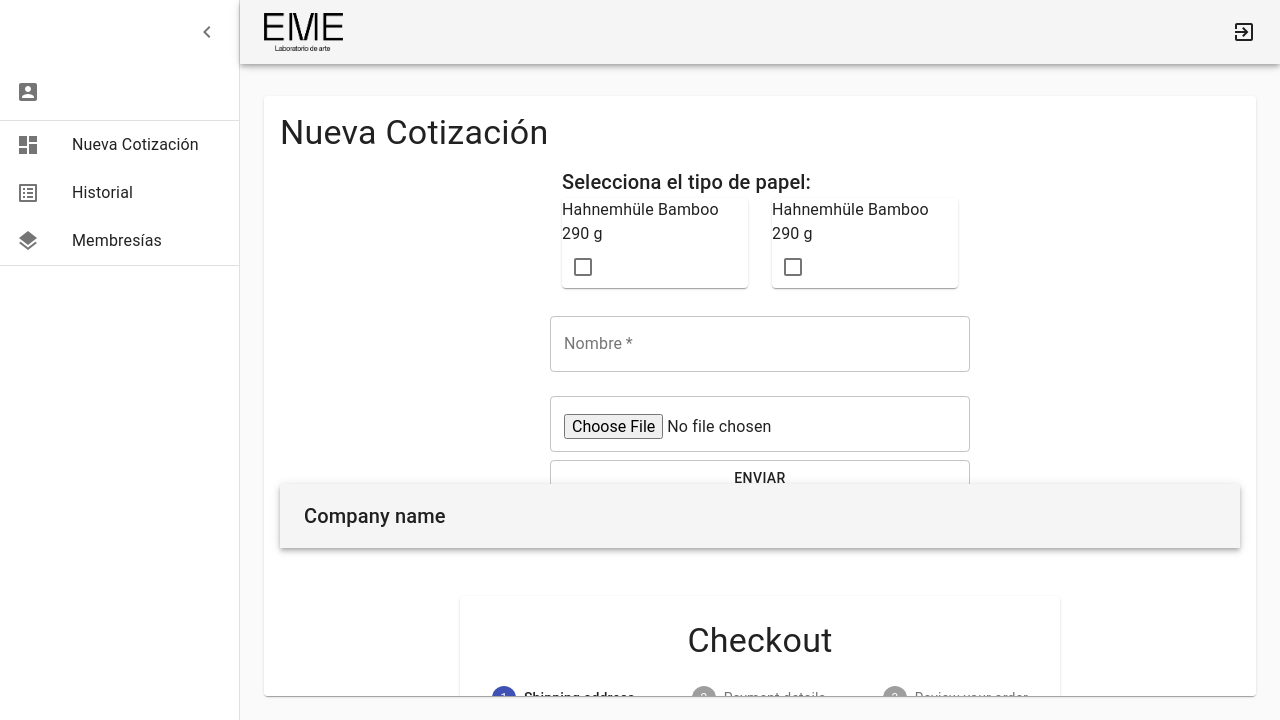
Repository: BrendaCarranco/eme-lab
Page: /Trabajo
These files come from the project's save history. The page is drawn as it stood at one moment and after the next save; the edit follows.
The browser window is 1280 px wide. The pictures show the whole page.
An inner scrolling area shows only its first screen. Some web libraries are served in a nearby version. The project was rebuilt for these pictures with package versions that can differ from the ones it lists, and the page was loaded fresh each time. Also part of the build but not shown: src/components/buildingPage/Building.js, src/temaConfig.js, src/components/buildingPage/Landing.js, src/components/login/Reset.js, src/components/Dashboard/Historial.js, src/components/Dashboard/Membresias.js, src/components/Dashboard/SizeForm.js, src/components/Dashboard/Review.js and 6 more.

Above is the page before, as saved 2020-08-30 19:31:27.

### public/index.html
<!DOCTYPE html>
<html lang="en">

<head>
  <meta charset="utf-8" />

  <meta name="viewport" content="width=device-width, initial-scale=1" />
  <meta name="theme-color" content="#000000" />
  <meta name="description" content="Web site created using create-react-app" />
  <link rel="icon" type="image/png" href="/eme-icon.png">


  </style>

  <!--
      manifest.json provides metadata used when your web app is installed on a
      user's mobile device or desktop. See https://developers.google.com/web/fundamentals/web-app-manifest/
    -->
  <link rel="manifest" href="%PUBLIC_URL%/manifest.json" />
  <!-- CSS only -->
  <link rel="stylesheet" href="https://stackpath.bootstrapcdn.com/bootstrap/4.5.2/css/bootstrap.min.css"
    integrity="sha384-JcKb8q3iqJ61gNV9KGb8thSsNjpSL0n8PARn9HuZOnIxN0hoP+VmmDGMN5t9UJ0Z" crossorigin="anonymous">

  <!--
      Notice the use of %PUBLIC_URL% in the tags above.
      It will be replaced with the URL of the `public` folder during the build.
      Only files inside the `public` folder can be referenced from the HTML.

      Unlike "/favicon.ico" or "favicon.ico", "%PUBLIC_URL%/favicon.ico" will
      work correctly both with client-side routing and a non-root public URL.
      Learn how to configure a non-root public URL by running `npm run build`.
    -->
  <title>EME Laboratorio de arte</title>
</head>

<body>
  <noscript>You need to enable JavaScript to run this app.</noscript>
  <div id="root"></div>
  <!--
      This HTML file is a template.
      If you open it directly in the browser, you will see an empty page.

      You can add webfonts, meta tags, or analytics to this file.
      The build step will place the bundled scripts into the <body> tag.

      To begin the development, run `npm start` or `yarn start`.
      To create a production bundle, use `npm run build` or `yarn build`.
    -->
  <!-- Compiled and minified JavaScript -->

  <script src="https://code.jquery.com/jquery-3.2.1.slim.min.js"
    integrity="sha384-KJ3o2DKtIkvYIK3UENzmM7KCkRr/rE9/Qpg6aAZGJwFDMVNA/GpGFF93hXpG5KkN"
    crossorigin="anonymous"></script>
  <script src="https://cdnjs.cloudflare.com/ajax/libs/popper.js/1.12.9/umd/popper.min.js"
    integrity="sha384-ApNbgh9B+Y1QKtv3Rn7W3mgPxhU9K/ScQsAP7hUibX39j7fakFPskvXusvfa0b4Q"
    crossorigin="anonymous"></script>
  <script src="https://maxcdn.bootstrapcdn.com/bootstrap/4.0.0/js/bootstrap.min.js"
    integrity="sha384-JZR6Spejh4U02d8jOt6vLEHfe/JQGiRRSQQxSfFWpi1MquVdAyjUar5+76PVCmYl"
    crossorigin="anonymous"></script>
</body>

</html>

### src/App.js
import React, { useEffect, useState, useContext } from 'react';
import { BrowserRouter, Switch, Route } from 'react-router-dom';
import { firebase } from './firebase';
import Building from './components/buildingPage/Building';
import Landing from './components/buildingPage/Landing';
import Reset from './components/login/Reset';
import Dashboard from './components/Dashboard/Dashboard';
import SignInSide from './components/login/SignInSide';
import Admin from './components/admin/Admin';

import { UserContext } from './context/UserProvider';
import NoMember from './components/Dashboard/NoMember';

function App() {

  const [firebaseUser, setFirebaseUser] = useState(null);
  const [fbName, setFbName] = useState('');
  const [fbMail, setFbMail] = useState('');
  const [usersFiles, setUsersFiles] = useState([]);


  const { userProvider } = useContext(UserContext);


  //Observador
  useEffect(() => {
    firebase.auth().onAuthStateChanged(user => {
      console.log(user);
      if (user) {
        setFbName(user.displayName);
        setFbMail(user.email);
        setFirebaseUser(user);
      } else {
        setFirebaseUser(null);
        return;
      }
    });
  }, [firebaseUser]);

  return (
    <BrowserRouter>
      <Switch>
        <Route exact path='/'>
          <Landing />
        </Route>
        {/*
        <Route path='/admin'>
          <Admin usersFiles={usersFiles} />
        </Route> */}

        <Route path='/dashboard'>

          {
            userProvider.role === 'Admin' && <Admin usersFiles={usersFiles} />
          }
          {
            userProvider.role === 'Miembro' && <Dashboard firebaseUser={firebaseUser} setUsersFiles={setUsersFiles} usersFiles={usersFiles} fbMail={fbMail} />
          }
          {
            userProvider.role === 'Invitado' && <NoMember />
          }



        </Route>

        <Route path='/signin'>
          <SignInSide />
        </Route>

        <Route path='/Admin'>
          <Admin />
        </Route>

        <Route path='/Trabajo'>
          <Dashboard />
        </Route>



      </Switch>
    </BrowserRouter>
  );
}

export default App;

### src/context/UserProvider.js
import React, { createContext, useEffect } from 'react';
import { useState } from 'react';
import { firebase } from '../firebase';

export const UserContext = createContext();

const UserProvider = (props) => {

    const dataInitialUser = {
        email: null,
        uid: null,
        role: 'Invitado',
        displayName: null
    };

    const [userProvider, setUserProvider] = useState(dataInitialUser);


    useEffect(() => {
        detectUser();
    }, []);

    const detectUser = () => {
        firebase.auth().onAuthStateChanged(user => {
            if (user) {
                console.log(user, 'user provider');
                user.getIdTokenResult()
                    .then(idTokenResult => {
                        console.log(idTokenResult, 'token');
                        if (!!idTokenResult.claims.Admin) {
                            console.log('es admin');
                            setUserProvider({
                                email: user.email,
                                uid: user.uid,
                                displayName: user.displayName,
                                role: 'Admin'

                            });
                        } else if (!!idTokenResult.claims.Member) {
                            console.log('es miembro');
                            setUserProvider({
                                email: user.email,
                                uid: user.uid,
                                displayName: user.displayName,
                                role: 'Miembro'
                            });
                        } else {
                            console.log('es invitado');
                            setUserProvider({
                                email: user.email,
                                uid: user.uid,
                                displayName: user.displayName,
                                role: 'Invitado'

                            });
                        }
                    }
                    );

            } else {
                console.log(user, 'user provider null');
            }
        });
    };

    const userRegister = async (email, password, name) => {
        try {
            const res = await firebase.auth().createUserWithEmailAndPassword(email, password);
            const collection = await firebase.firestore().collection('usuarios').doc(res.user.email).get();

            if (!collection.exists) {
                await firebase.firestore().collection('usuarios').doc(res.user.email).set({
                    email: res.user.email,
                    uid: res.user.uid,
                    role: 'Invitado',
                    displayName: name
                });
                let current = firebase.auth().currentUser;
                current.updateProfile({
                    displayName: name
                });

            }

        } catch (error) {
            console.log(error);
        }
        firebase.auth().signOut();
    };

    return (
        <UserContext.Provider value={{ userProvider, userRegister }} >
            {props.children}
        </UserContext.Provider>
    );
};

export default UserProvider;

### src/firebase.js
import firebase from 'firebase/app';
import 'firebase/auth';
import 'firebase/firestore';
import 'firebase/storage';
import 'firebase/functions';

const firebaseConfig = {
    apiKey: "AIzaSyB1b8DSEsphXC6iROi09Go8DnzwT9N6RYY",
    authDomain: "eme-lab.firebaseapp.com",
    databaseURL: "https://eme-lab.firebaseio.com",
    projectId: "eme-lab",
    storageBucket: "eme-lab.appspot.com",
    messagingSenderId: "906776180001",
    appId: "1:906776180001:web:939db4508539931fda3a60"
};
// Initialize Firebase
firebase.initializeApp(firebaseConfig);

export { firebase };

### src/components/Dashboard/Cotizacion.js
import React, { useState } from 'react';
import { firebase } from '../../firebase';
import moment from 'moment';
import 'moment/locale/es';

import Container from '@material-ui/core/Container';
import { makeStyles } from '@material-ui/core/styles';
import Typography from '@material-ui/core/Typography';
import Title from './Title';
import TextField from '@material-ui/core/TextField';
import Button from '@material-ui/core/Button';
import Grid from '@material-ui/core/Grid';
import Paper from '@material-ui/core/Paper';
import Checkbox from '@material-ui/core/Checkbox';

const useStyles = makeStyles({
  depositContext: {
    flex: 1,
  },
});

const Cotizacion = ({ firebaseUser, setUsersFiles, usersFiles }) => {
  const [fileUrl, setFileUrl] = useState(null);
  const [input, setInput] = useState('');
  //const [usersFiles, setUsersFiles] = useState([]);

  let time = Date.now();
  let timeFormat = moment(time).format('LLL');

  const handleChangeFile = async e => {
    const file = e.target.files[0];
    const storageRef = firebase.storage().ref('Cotizaciones').child(firebaseUser.email);
    const fileRef = storageRef.child(file.name);
    await fileRef.put(file);
    setFileUrl(await fileRef.getDownloadURL());
  };

  const handleSubmit = e => {
    e.preventDefault();
    //console.log('submit');

    const username = e.target.username.value;
    setInput(username);
    if (!username) {
      return;
    }

    const newUserFile = {
      name: username,
      fileLink: fileUrl,
      date: timeFormat,
      email: firebaseUser.email,
      user: firebaseUser.displayName,
      status: 'Pendiente'
    };
    //esta sube la imegen
    firebase.firestore().collection('files').doc().set(newUserFile);
    setUsersFiles([
      ...usersFiles,
      { ...newUserFile }

    ]);
    setInput('');
    setFileUrl('');
    return alert('archivo subido');
  };

  /*   const emailUpdate = async () => {
      const a = await firebase.auth().onAuthStateChanged(function (user) {
        if (user) {
          setUserEmail(user.email);
          return;
          // User is signed in.
        } else {
          return;
        }
      });
    };
    emailUpdate();

    useEffect(() => {
      const fetchUsersFiles = async () => {
        const usersFilesCollection = await firebase.firestore().collection('files').where("email", "==", userEmail).get();
        setUsersFiles(usersFilesCollection.docs.map(doc => {
          return doc.data();
        }));
      };
      fetchUsersFiles();
    }, [setUsersFiles, userEmail]);

    console.log(usersFiles); */


  return (
    <React.Fragment>
      <Title>Nueva Cotización</Title>
      <Container maxWidth="xs">
        <Typography variant="h6" color="initial">
          Selecciona el tipo de papel:
       </Typography>
        <form onSubmit={handleSubmit}>
        <Grid container spacing={3}>
          <Grid item xs={12} sm={6}>
          <Paper>
            <Typography>
              Hahnemhüle Bamboo  290 g
            </Typography>
            <Checkbox/>
          </Paper>
          </Grid>
          <Grid item xs={12} sm={6}>
          <Paper>
            <Typography>
              Hahnemhüle Bamboo  290 g
            </Typography>
            <Checkbox/>
          </Paper>
          </Grid>
          <TextField
            variant="outlined"
            margin="normal"
            required
            fullWidth
            id="outlined-basic"
            label="Nombre"
            name='username'
            onChange={e => setInput(e.target.value)}
            value={input}

          />

          <TextField
            variant="outlined"
            margin="normal"
            required
            fullWidth
            id="outlined-basic"
            name='file'
            type='file'
            onChange={handleChangeFile}
          />
          <Button
            type="submit"
            fullWidth
            variant="outlined"
            color="default"
          >Enviar</Button>


          </Grid>
        </form>
      </Container>
    </React.Fragment>


  );
};

export default Cotizacion;

### src/components/Dashboard/Checkout.js
import React from 'react';
import { makeStyles } from '@material-ui/core/styles';
import CssBaseline from '@material-ui/core/CssBaseline';
import AppBar from '@material-ui/core/AppBar';
import Toolbar from '@material-ui/core/Toolbar';
import Paper from '@material-ui/core/Paper';
import Stepper from '@material-ui/core/Stepper';
import Step from '@material-ui/core/Step';
import StepLabel from '@material-ui/core/StepLabel';
import Button from '@material-ui/core/Button';
import Link from '@material-ui/core/Link';
import Typography from '@material-ui/core/Typography';
import PaperForm from './PaperForm';
import SizeForm from './SizeForm';
import Review from './Review';

function Copyright() {
  return (
    <Typography variant="body2" color="textSecondary" align="center">
      {'Copyright © '}
      <Link color="inherit" href="https://material-ui.com/">
        Your Website
      </Link>{' '}
      {new Date().getFullYear()}
      {'.'}
    </Typography>
  );
}

const useStyles = makeStyles((theme) => ({
  appBar: {
    position: 'relative',
  },
  layout: {
    width: 'auto',
    marginLeft: theme.spacing(2),
    marginRight: theme.spacing(2),
    [theme.breakpoints.up(600 + theme.spacing(2) * 2)]: {
      width: 600,
      marginLeft: 'auto',
      marginRight: 'auto',
    },
  },
  paper: {
    marginTop: theme.spacing(3),
    marginBottom: theme.spacing(3),
    padding: theme.spacing(2),
    [theme.breakpoints.up(600 + theme.spacing(3) * 2)]: {
      marginTop: theme.spacing(6),
      marginBottom: theme.spacing(6),
      padding: theme.spacing(3),
    },
  },
  stepper: {
    padding: theme.spacing(3, 0, 5),
  },
  buttons: {
    display: 'flex',
    justifyContent: 'flex-end',
  },
  button: {
    marginTop: theme.spacing(3),
    marginLeft: theme.spacing(1),
  },
}));

const steps = ['Shipping address', 'Payment details', 'Review your order'];

function getStepContent(step) {
  switch (step) {
    case 0:
      return <PaperForm />;
    case 1:
      return <SizeForm />;
    case 2:
      return <Review />;
    default:
      throw new Error('Unknown step');
  }
}

export default function Checkout() {
  const classes = useStyles();
  const [activeStep, setActiveStep] = React.useState(0);

  const handleNext = () => {
    setActiveStep(activeStep + 1);
  };

  const handleBack = () => {
    setActiveStep(activeStep - 1);
  };

  return (
    <React.Fragment>
      <CssBaseline />
      <AppBar position="absolute" color="default" className={classes.appBar}>
        <Toolbar>
          <Typography variant="h6" color="inherit" noWrap>
            Company name
          </Typography>
        </Toolbar>
      </AppBar>
      <main className={classes.layout}>
        <Paper className={classes.paper}>
          <Typography component="h1" variant="h4" align="center">
            Checkout
          </Typography>
          <Stepper activeStep={activeStep} className={classes.stepper}>
            {steps.map((label) => (
              <Step key={label}>
                <StepLabel>{label}</StepLabel>
              </Step>
            ))}
          </Stepper>
          <React.Fragment>
            {activeStep === steps.length ? (
              <React.Fragment>
                <Typography variant="h5" gutterBottom>
                  Thank you for your order.
                </Typography>
                <Typography variant="subtitle1">
                  Your order number is #2001539. We have emailed your order confirmation, and will
                  send you an update when your order has shipped.
                </Typography>
              </React.Fragment>
            ) : (
              <React.Fragment>
                {getStepContent(activeStep)}
                <div className={classes.buttons}>
                  {activeStep !== 0 && (
                    <Button onClick={handleBack} className={classes.button}>
                      Back
                    </Button>
                  )}
                  <Button
                    variant="contained"
                    color="primary"
                    onClick={handleNext}
                    className={classes.button}
                  >
                    {activeStep === steps.length - 1 ? 'Place order' : 'Next'}
                  </Button>
                </div>
              </React.Fragment>
            )}
          </React.Fragment>
        </Paper>
        <Copyright />
      </main>
    </React.Fragment>
  );
}

### src/components/Dashboard/Title.js

import React from 'react';
import PropTypes from 'prop-types';
import Typography from '@material-ui/core/Typography';

export default function Title(props) {
  return (
    <Typography component="h2" variant="h4" color="default" gutterBottom>
      {props.children}
    </Typography>
  );
}

Title.propTypes = {
  children: PropTypes.node,
};

### src/components/Dashboard/PaperForm.js
import React, { useState }  from 'react';
import { firebase } from '../../firebase';
import moment from 'moment';
import 'moment/locale/es';

import Grid from '@material-ui/core/Grid';
import Typography from '@material-ui/core/Typography';
import TextField from '@material-ui/core/TextField';
import FormControlLabel from '@material-ui/core/FormControlLabel';
import Checkbox from '@material-ui/core/Checkbox';

export default function PaperForm({ firebaseUser, setUsersFiles, usersFiles }) {
    const [fileUrl, setFileUrl] = useState(null);
    const [input, setInput] = useState('');


    let time = Date.now();
    let timeFormat = moment(time).format('LLL');

    const handleChangeFile = async e => {
      const file = e.target.files[0];
      const storageRef = firebase.storage().ref('Cotizaciones').child(firebaseUser.email);
      const fileRef = storageRef.child(file.name);
      await fileRef.put(file);
      setFileUrl(await fileRef.getDownloadURL());
    };

    const handleSubmit = e => {
      e.preventDefault();
      //console.log('submit');

      const username = e.target.username.value;
      setInput(username);
      if (!username) {
        return;
      }

      const newUserFile = {
        name: username,
        fileLink: fileUrl,
        date: timeFormat,
        email: firebaseUser.email,
        user: firebaseUser.displayName,
        status: 'Pendiente'
      };
      //esta sube la imegen
      firebase.firestore().collection('files').doc().set(newUserFile);
      setUsersFiles([
        ...usersFiles,
        { ...newUserFile }

      ]);
      setInput('');
      setFileUrl('');
      return alert('archivo subido');
    };
  return (
    <React.Fragment>
      <Typography variant="h6" gutterBottom>
        Llena el formulario
      </Typography>
      <Grid container spacing={3}>
        <Grid item xs={12} sm={12}>
          <TextField
             variant="outlined"
             margin="normal"
             required
             fullWidth
             id="outlined-basic"
             label="Nombre"
             name='username'
             onChange={e => setInput(e.target.value)}
             value={input}
          />
           <TextField
            variant="outlined"
            margin="normal"
            required
            fullWidth
            id="outlined-basic"
            name='file'
            type='file'
            onChange={handleChangeFile}
          />
        </Grid>
        <Typography variant="h6" gutterBottom>
        Selecciona el tipo de papel.
      </Typography>
      <Grid item xs={12} sm={12}>

      </Grid>

      </Grid>
    </React.Fragment>
  );
}

Loaded but not shown: src/index.js (common file); src/index.css (common file); src/serviceWorker.js (common file); src/components/Dashboard/Dashboard.js (298 lines, source omitted)

After the next save:
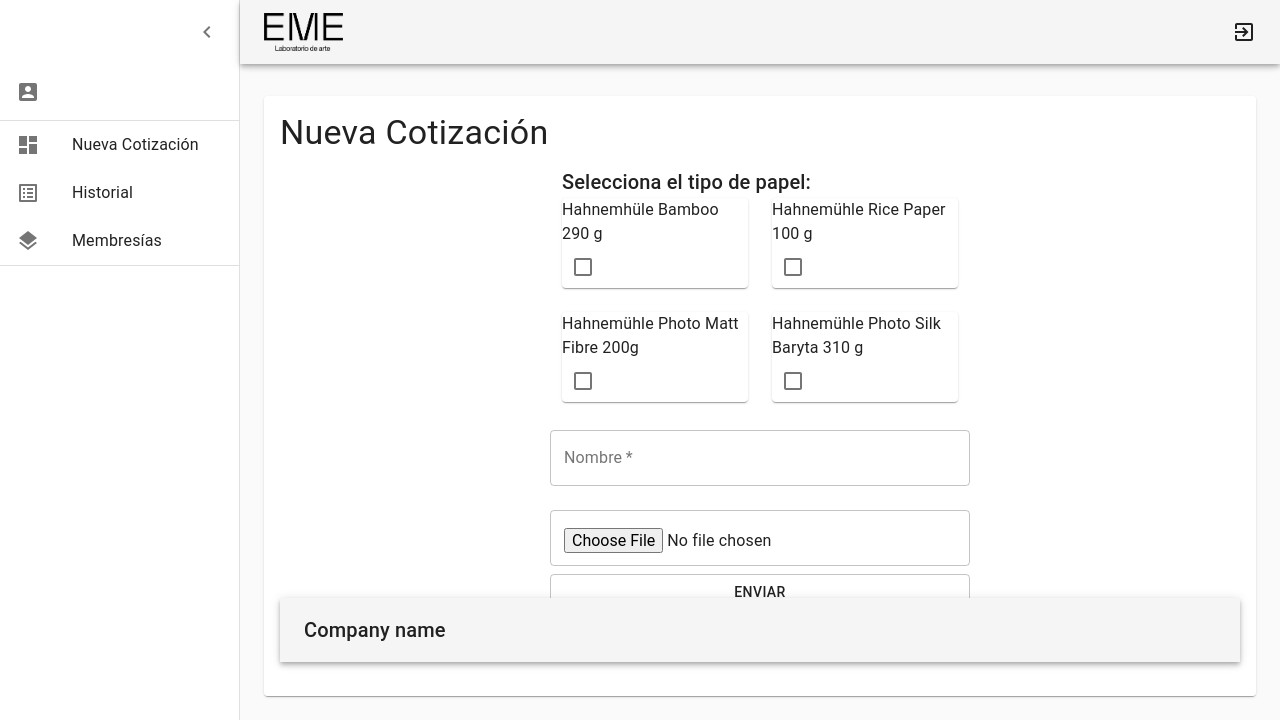
Saved 3 min 59 s later.
--- a/src/components/Dashboard/Cotizacion.js
+++ b/src/components/Dashboard/Cotizacion.js
@@ -111,7 +111,23 @@ const Cotizacion = ({ firebaseUser, setUsersFiles, usersFiles }) => {
           <Grid item xs={12} sm={6}>
           <Paper>
             <Typography>
-              Hahnemhüle Bamboo  290 g
+            Hahnemühle Rice Paper 100 g
+            </Typography>
+            <Checkbox/>
+          </Paper>
+          </Grid>
+          <Grid item xs={12} sm={6}>
+          <Paper>
+            <Typography>
+            Hahnemühle Photo Matt Fibre 200g
+            </Typography>
+            <Checkbox/>
+          </Paper>
+          </Grid>
+          <Grid item xs={12} sm={6}>
+          <Paper>
+            <Typography>
+            Hahnemühle Photo Silk Baryta 310 g
             </Typography>
             <Checkbox/>
           </Paper>
